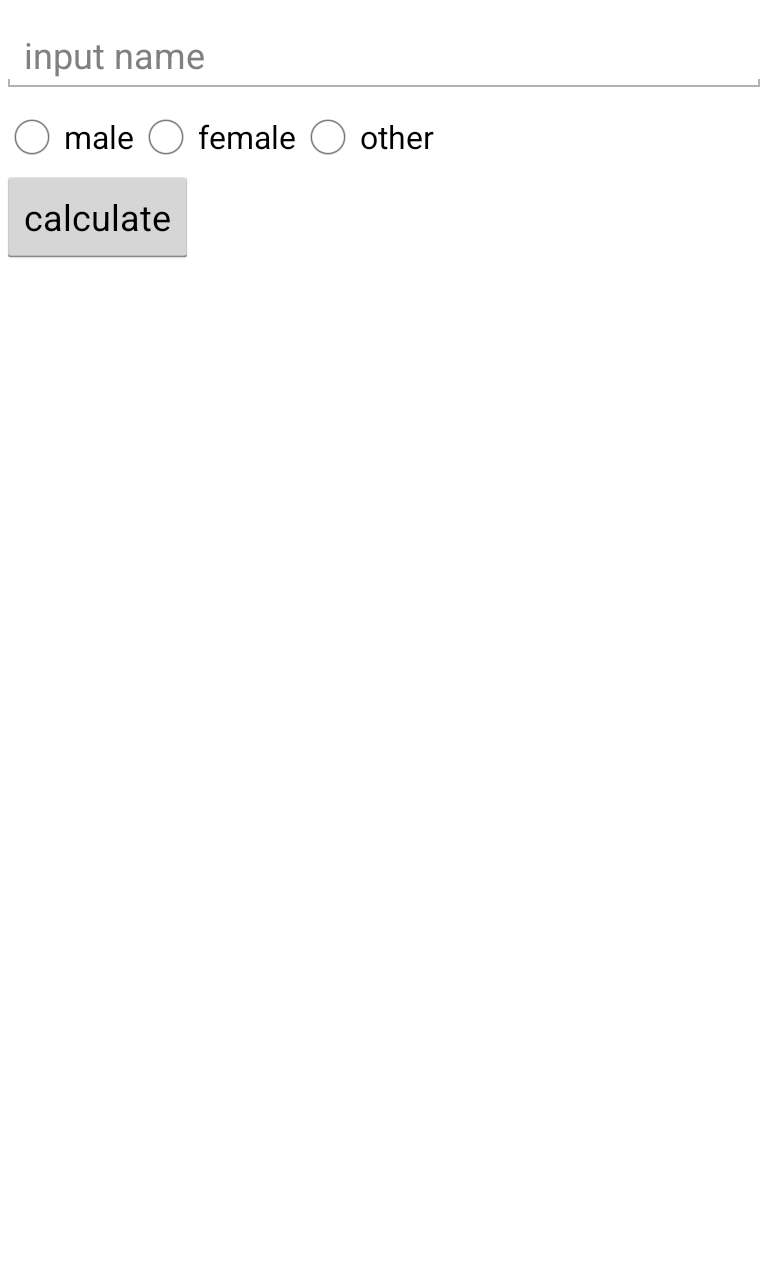
Repository: whoami-I/android
Layout: Activity/ActivityProject/res/layout/activity_main.xml
The author's editor kept a copy of each file at every save. The layout is drawn from the files as they stood at one save, then again after the next save.
It is drawn on a 768 x 1280 px phone screen (xhdpi) without system bars, with theme AppTheme; the app's code is not run.

Above is the layout before, as saved 2018-11-02 01:38:46.

After the next save:
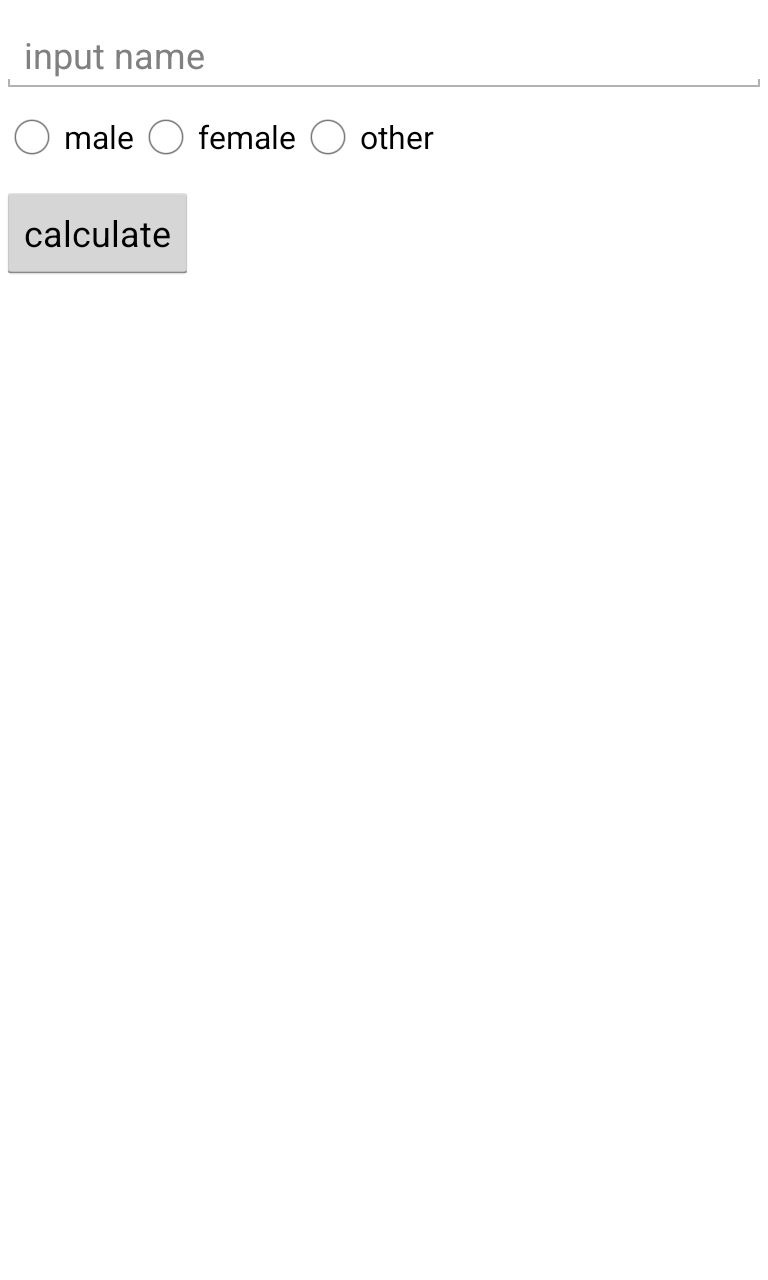
Saved 14 s later.
--- a/Activity/ActivityProject/res/layout/activity_main.xml
+++ b/Activity/ActivityProject/res/layout/activity_main.xml
@@ -40,6 +40,7 @@
     <Button
         android:layout_width="wrap_content"
         android:layout_height="wrap_content"
+        android:layout_marginTop="8dp"
         android:onClick="click_calculate"
         android:text="calculate" />
 
